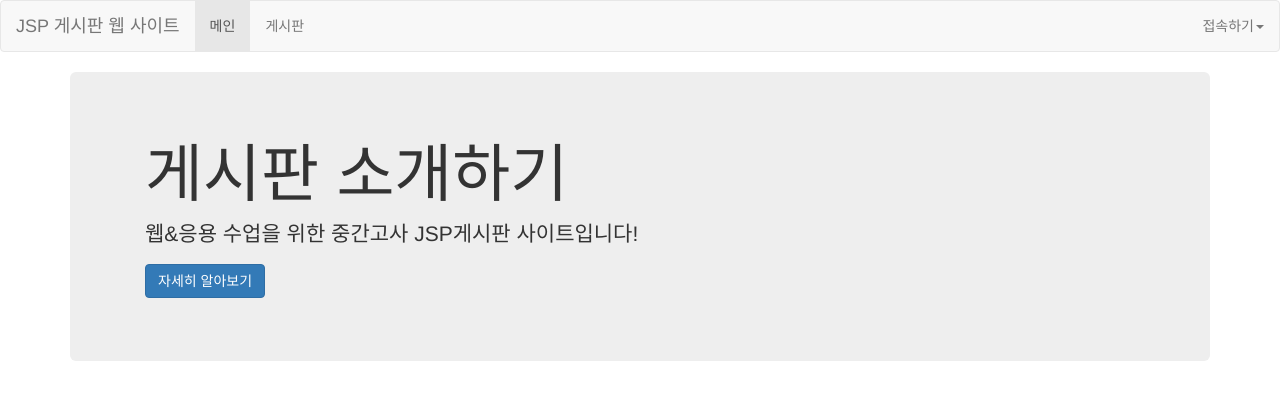
Repository: hanseu9839/BbsJSP
Page: http://localhost/BBS/main.jsp
The author's editor kept a copy of each file at every save. The page is drawn from the files as they stood at one save, then again after the next save.
The browser window is 1280 px wide. The pictures show the whole page.
The page is served by Tomcat 9. Other server files are loaded and not shown.

Above is the page before, as saved 2021-05-03 07:02:28.

### BBS/src/main/webapp/main.jsp
<%@ page language="java" contentType="text/html; charset=UTF-8"
    pageEncoding="UTF-8"%>
    <%@ page import ="java.io.PrintWriter"%>
    <!-- UTF-8은 요즘 가장 많이 쓰이는 대표적인 형식 (한글,영어) 둘다 지원됨 -->
<!DOCTYPE html>
<html>
<head>
<meta http-equiv="Content-Type" content="text/html; charset=UTF-8">
<meta name="viewport" content="width-device-width", initial-scale="1">
<link rel="stylesheet" href="css/bootstrap.min.css">
<title>JSP 게시판 웹사이트 </title>
</head>
<body>
	<%
		String userID = null;
		if(session.getAttribute("userID") != null){
			userID = (String) session.getAttribute("userID");
		}
	%>
   <nav class="navbar navbar-default">
      <div class="navbar-header">
         <button type="button" class="navbar-toggle collapsed"
         data-toggle="collapse" data-target= "#bs-example-navbar-collapse-1"
         aria-expanded="false">
         <span class="icon-bar"></span>
         <span class="icon-bar"></span>
         <span class="icon-bar"></span>
         </button>
         <a class="navbar-brand" href="main.jsp">JSP 게시판 웹 사이트</a>
      </div>
      <div class="collapse navbar-collapse" id="bs-example-navbar-collapse-1">
         <ul class="nav navbar-nav">
            <li class="active"><a href ="main.jsp">메인</a></li>
            <li><a href ="bbs.jsp">게시판</a></li>
         </ul>
         <%
         	if(userID == null) {
         %>



         <ul class="nav navbar-nav navbar-right">
            <li class="dropdown">
               <a href="#" class="dropdown-toogle"
                  data-toggle="dropdown" role="button" aria-haspopup="true"
                  aria-expanded="false">접속하기<span class="caret"></span></a>
                  <ul class="dropdown-menu">
                     <li><a href="login.jsp">로그인</a></li>
                     <li><a href="join.jsp">회원가입</a></li>
                  </ul>
            </li>
         </ul>
         <%
         	} else {
         		%>
         		<ul class="nav navbar-nav navbar-right">
            <li class="dropdown">
               <a href="#" class="dropdown-toogle"
                  data-toggle="dropdown" role="button" aria-haspopup="true"
                  aria-expanded="false">회원관리<span class="caret"></span></a>
                  <ul class="dropdown-menu">
                     <li><a href="logoutAction.jsp">로그인아웃</a></li>
                  </ul>
            </li>
         </ul>
         <%
         	}
         %>
      </div>
   </nav>
   <div class="container">
   		<div class="jumbotron">
   			<div class="container">
   				<h1>게시판 소개하기</h1>
   				<p>웹&응용 수업을 위한 중간고사 JSP게시판 사이트입니다!</p>
   				<p><a class="btn btn-primary btn-pull" href="#" role="button">자세히 알아보기</a></p>
   			</div>
   		</div>
   </div>
   <script src="https://ajax.googleapis.com/ajax/libs/jquery/1.12.4/jquery.min.js"></script>
<script src="js/bootstrap.min.js"></script>
</body>
</html>

### BBS/src/main/webapp/css/custom.css
@import url('https://fonts.googleapis.com/css2?family=Noto+Sans+KR:wght@100&display=swap');

*{
	font-family: 'Noto Sans KR', sans-serif;
}

Loaded but not shown: BBS/src/main/webapp/css/bootstrap.min.css (library); BBS/src/main/webapp/js/bootstrap.min.js (library)

After the next save:
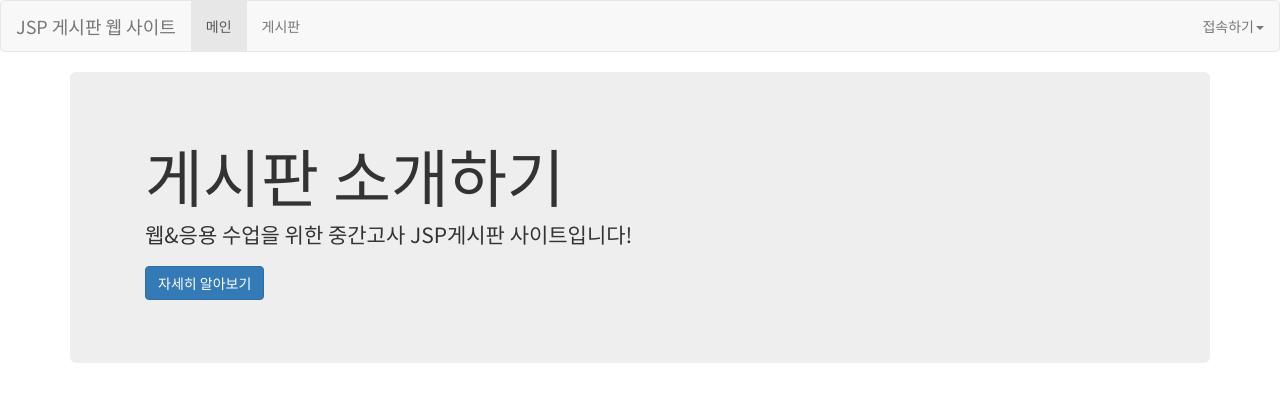
Saved 39 s later.
--- a/BBS/src/main/webapp/main.jsp
+++ b/BBS/src/main/webapp/main.jsp
@@ -8,6 +8,7 @@
 <meta http-equiv="Content-Type" content="text/html; charset=UTF-8">
 <meta name="viewport" content="width-device-width", initial-scale="1">
 <link rel="stylesheet" href="css/bootstrap.min.css">
+<link rel="stylesheet" href="css/custom.css">
 <title>JSP 게시판 웹사이트 </title>
 </head>
 <body>
